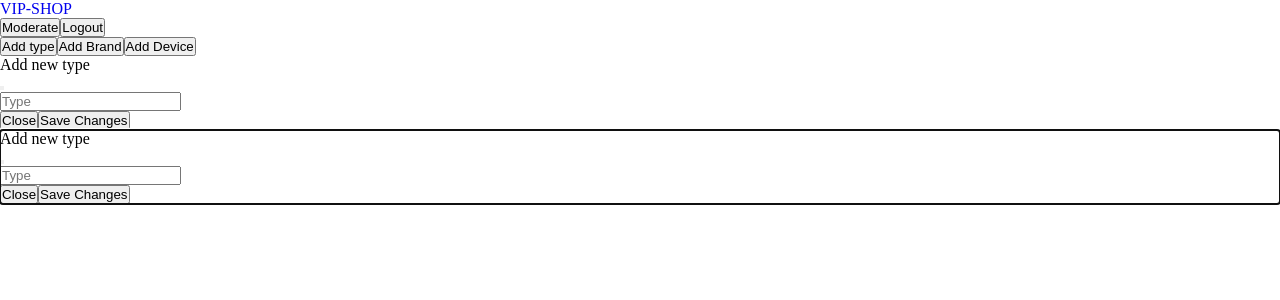
Repository: Mirsmog/VIP-SHOP
Page: /admin (app in client/)
These files come from the project's save history. The page is drawn as it stood at one moment and after the next save; the edit follows.
The browser window is 1280 px wide. The pictures show the whole page.
The project was rebuilt for these pictures with package versions that can differ from the ones it lists, and the page was loaded fresh each time. Also part of the build but not shown: client/vite.config.js, client/src/pages/Auth.jsx, client/src/pages/DevicePage.jsx, client/src/components/TypeBar.jsx, client/src/components/BrandBar.jsx, client/src/components/DeviceItem.jsx, client/src/components/DeviceList.jsx, client/src/pages/Shop.jsx and 1 more.

Above is the page before, as saved 2023-11-04 16:55:44.

### client/src/main.jsx
import React from 'react';
import ReactDOM from 'react-dom/client';
import App from './App.jsx';
import userStore from './store/userStore.js';
import deviceStore from './store/deviceStore.js';
export const Context = React.createContext(null);

ReactDOM.createRoot(document.getElementById('root')).render(
  <React.StrictMode>
    <Context.Provider
      value={{
        user: new userStore(),
        device: new deviceStore(),
      }}
    >
      <App />
    </Context.Provider>
  </React.StrictMode>
);

### client/src/App.jsx
import { BrowserRouter } from 'react-router-dom';
import './App.css';
import AppRouter from './components/AppRouter';
import NavBar from './components/NavBar';

function App() {
  const isAuth = false;
  return (
    <BrowserRouter>
      <NavBar />
      <AppRouter />
    </BrowserRouter>
  );
}

export default App;

### client/src/store/userStore.js
import { makeAutoObservable } from 'mobx';
export default class userStore {
  constructor() {
    this._isAuth = true;
    this._user = {};
    makeAutoObservable(this);
  }
  setIsAuth(bool) {
    this._isAuth = bool;
  }
  setUser(user) {
    this._user = user;
  }
  get isAuth() {
    return this._isAuth;
  }
  get user() {
    return this._user;
  }
}

### client/src/store/deviceStore.js
import { makeAutoObservable } from 'mobx';
export default class deviceStore {
  constructor() {
    this._types = [
      { id: 1, name: 'Phones' },
      { id: 2, name: 'Laptops' },
      { id: 3, name: 'Televisions' },
      { id: 4, name: 'Game Stations' },
      { id: 5, name: 'Computers' },
      { id: 6, name: 'Wash machines' },
    ];
    this._brands = [
      { id: 1, name: 'Xiaomi' },
      { id: 2, name: 'Lenovo' },
      { id: 3, name: 'Apple' },
      { id: 4, name: 'Samsung' },

    ];
    this._selectedType = {};
    this._selectedBrand = {};

    this._devices = [
      {
        id: 1,
        name: 'iphone 12 max pro',
        price: 98000,
        rating: 5,
        img: 'https://www.tradeinn.com/f/13782/137821846/apple-iphone-12-pro-max-6gb-128gb-67-%D0%B4%D1%8E%D0%B9%D0%BC%D0%B0.jpg',
      },
      {
        id: 2,
        name: 'iphone 12 max pro',
        price: 98000,
        rating: 5,
        img: 'https://www.tradeinn.com/f/13782/137821846/apple-iphone-12-pro-max-6gb-128gb-67-%D0%B4%D1%8E%D0%B9%D0%BC%D0%B0.jpg',
      },
      {
        id: 3,
        name: 'iphone 12 max pro',
        price: 98000,
        rating: 5,
        img: 'https://www.tradeinn.com/f/13782/137821846/apple-iphone-12-pro-max-6gb-128gb-67-%D0%B4%D1%8E%D0%B9%D0%BC%D0%B0.jpg',
      },
      {
        id: 4,
        name: 'iphone 12 max pro',
        price: 98000,
        rating: 5,
        img: 'https://www.tradeinn.com/f/13782/137821846/apple-iphone-12-pro-max-6gb-128gb-67-%D0%B4%D1%8E%D0%B9%D0%BC%D0%B0.jpg',
      },{
        id: 5,
        name: 'iphone 12 max pro',
        price: 98000,
        rating: 5,
        img: 'https://www.tradeinn.com/f/13782/137821846/apple-iphone-12-pro-max-6gb-128gb-67-%D0%B4%D1%8E%D0%B9%D0%BC%D0%B0.jpg',
      },{
        id: 6,
        name: 'iphone 12 max pro',
        price: 98000,
        rating: 5,
        img: 'https://www.tradeinn.com/f/13782/137821846/apple-iphone-12-pro-max-6gb-128gb-67-%D0%B4%D1%8E%D0%B9%D0%BC%D0%B0.jpg',
      },{
        id: 7,
        name: 'iphone 12 max pro',
        price: 98000,
        rating: 5,
        img: 'https://www.tradeinn.com/f/13782/137821846/apple-iphone-12-pro-max-6gb-128gb-67-%D0%B4%D1%8E%D0%B9%D0%BC%D0%B0.jpg',
      },{
        id: 8,
        name: 'iphone 12 max pro',
        price: 98000,
        rating: 5,
        img: 'https://www.tradeinn.com/f/13782/137821846/apple-iphone-12-pro-max-6gb-128gb-67-%D0%B4%D1%8E%D0%B9%D0%BC%D0%B0.jpg',
      },
    ];
    makeAutoObservable(this);
  }
  setSelectedType(type) {
    this._selectedType = type;
  }
  setSelectedBrand(brand) {
    this._selectedBrand = brand;
  }
  setTypes(types) {
    this._types = types;
  }
  setBrands(brands) {
    this._brands = brands;
  }
  setDevices(devices) {
    this._devices = devices;
  }

  get types() {
    return this._types;
  }
  get brands() {
    return this._brands;
  }
  get devices() {
    return this._devices;
  }
  get selectedType() {
    return this._selectedType;
  }
  get selectedBrand() {
    return this._selectedBrand;
  }
}

### client/src/App.css
* {
  margin: 0;
  padding: 0;
}



a{
  text-decoration: none;
}

### client/src/components/AppRouter.jsx
import React from 'react';
import { Route, Routes, redirect } from 'react-router-dom';
import { authRoutes, publicRoutes } from '../routes';
import { Context } from '../main';

function AppRouter() {
  const { user } = React.useContext(Context);
  return (
    <Routes>
      {user.isAuth &&
        authRoutes.map(({ path, Component }) => (
          <Route key={path} path={path} element={<Component/>}></Route>
        ))}
      {publicRoutes.map(({ path, Component }) => (
        <Route key={path} path={path} element={<Component />}></Route>
      ))}
    </Routes>
  );
}

export default AppRouter;

### client/src/components/NavBar.jsx
import React from 'react';
import Container from 'react-bootstrap/Container';
import Nav from 'react-bootstrap/Nav';
import Navbar from 'react-bootstrap/Navbar';
import Button from 'react-bootstrap/Button';
import { NavLink, useLocation, useNavigate } from 'react-router-dom';
import { ADMIN_ROUTE, LOGIN_ROUTE, SHOP_ROUTE } from '../utils/consts';
import { observer } from 'mobx-react-lite'; // Or "mobx-react".
import { Context } from '../main';

const NavBar = observer(() => {
  const { user } = React.useContext(Context);
  const navigate = useNavigate();
  return (
    <Navbar bg='dark' data-bs-theme='dark' variant='dark'>
      <Container>
        <NavLink
          className='text-warning text-2xl h3 font-weight-bold '
          to={SHOP_ROUTE}
        >
          VIP-SHOP
        </NavLink>
        {user.isAuth ? (
          <Nav className=' ml-auto gap-2'>
            <Button
              variant={'outline-light'}
              onClick={() => navigate(ADMIN_ROUTE)}
            >
              Moderate
            </Button>
            <Button
              variant={'outline-light'}
              onClick={() => navigate(LOGIN_ROUTE)}
            >
              Logout
            </Button>
          </Nav>
        ) : (
          <Nav className=' ml-auto'>
            <Button variant={'outline-light'} onClick={() => navigate()}>
              Join us
            </Button>
          </Nav>
        )}
      </Container>
    </Navbar>
  );
});

export default NavBar;

### client/src/routes.js
import Admin from './pages/Admin';
import Auth from './pages/Auth';
import DevicePage from './pages/DevicePage';
import Shop from './pages/Shop';
import Basket from './pages/Basket';
import {
  ADMIN_ROUTE,
  BASKET_ROUTE,
  DEVICE_ROUTE,
  LOGIN_ROUTE,
  REGISTRATION_ROUTE,
  SHOP_ROUTE,
} from './utils/consts';

export const authRoutes = [
  {
    path: ADMIN_ROUTE,
    Component: Admin,
  },
  {
    path: BASKET_ROUTE,
    Component: Basket,
  },
];

export const publicRoutes = [
  {
    path: SHOP_ROUTE,
    Component: Shop,
  },
  {
    path: LOGIN_ROUTE,
    Component: Auth,
  },
  {
    path: REGISTRATION_ROUTE,
    Component: Auth,
  },
  {
    path: DEVICE_ROUTE + '/:id',
    Component: DevicePage,
  },
];

### client/src/utils/consts.js
export const ADMIN_ROUTE = '/admin';
export const LOGIN_ROUTE = '/login';
export const REGISTRATION_ROUTE = '/registration';
export const SHOP_ROUTE = '/';
export const BASKET_ROUTE = '/basket';
export const DEVICE_ROUTE = '/device';

### client/src/pages/Admin.jsx
import React from 'react';
import Button from 'react-bootstrap/esm/Button';
import Container from 'react-bootstrap/esm/Container';
import CreateBrand from '../components/modals/CreateBrand';
import CreateType from '../components/modals/CreateType';
import CreateDevice from '../components/modals/CreateDevice';

function Admin() {
  const [brandVisible, setBrandVisible] = React.useState(false);
  const [typeVisible, setTypeVisible] = React.useState(false);
  const [deviceVisible, setDeviceVisible] = React.useState(false);
  return (
    <Container className='d-flex flex-column'>
      <Button
        onClick={() => setTypeVisible(true)}
        variant='outline-dark'
        className='mt-4 p-2'
      >
        Add type
      </Button>
      <Button
        onClick={() => setBrandVisible(true)}
        variant='outline-dark'
        className='mt-4 p-2'
      >
        Add Brand
      </Button>
      <Button
        onClick={() => setDeviceVisible(true)}
        variant='outline-dark'
        className='mt-4 p-2'
      >
        Add Device
      </Button>
      <CreateBrand show={brandVisible} onHide={() => setBrandVisible(false)} />
      <CreateType show={typeVisible} onHide={() => setTypeVisible(false)} />
      <CreateDevice
        show={deviceVisible}
        onHide={() => setDeviceVisible(false)}
      />
    </Container>
  );
}

export default Admin;

### client/src/components/modals/CreateBrand.jsx
import React from 'react';
import Modal from 'react-bootstrap/esm/Modal';
import Form from 'react-bootstrap/esm/Form';
import Button from 'react-bootstrap/esm/Button';

const CreateBrand = (show, onHide) => {
  return (
    <Modal show={show} onHide={onHide}>
      <Modal.Header closeButton>
        <Modal.Title>Add new type</Modal.Title>
      </Modal.Header>
      <Modal.Body>
        <Form>
          <Form.Control placeholder='Type' />
        </Form>
      </Modal.Body>
      <Modal.Footer>
        <Button variant='secondary' onClick={onHide}>
          Close
        </Button>
        <Button variant='primary' onClick={onHide}>
          Save Changes
        </Button>
      </Modal.Footer>
    </Modal>
  );
};

export default CreateBrand;

### client/src/components/modals/CreateType.jsx
import React from 'react';
import Modal from 'react-bootstrap/esm/Modal';
import Form from 'react-bootstrap/esm/Form';
import Button from 'react-bootstrap/esm/Button';

const CreateType = ({ show, onHide }) => {
  return (
    <Modal show={show} onHide={onHide}>
      <Modal.Header closeButton>
        <Modal.Title>Add new type</Modal.Title>
      </Modal.Header>
      <Modal.Body>
        <Form>
          <Form.Control placeholder='Type'/>
        </Form>
      </Modal.Body>
      <Modal.Footer>
        <Button variant='secondary' onClick={onHide}>
          Close
        </Button>
        <Button variant='primary' onClick={onHide}>
          Save Changes
        </Button>
      </Modal.Footer>
    </Modal>
  );
};

export default CreateType;

### client/src/components/modals/CreateDevice.jsx
import React from 'react';
import Modal from 'react-bootstrap/esm/Modal';
import Form from 'react-bootstrap/esm/Form';
import Button from 'react-bootstrap/esm/Button';

const CreateDevice = (show, onHide) => {
  return (
    <Modal show={show} onHide={onHide}>
      <Modal.Header closeButton>
        <Modal.Title>Add new type</Modal.Title>
      </Modal.Header>
      <Modal.Body>
        <Form>
          <Form.Control placeholder='Type' />
        </Form>
      </Modal.Body>
      <Modal.Footer>
        <Button variant='secondary' onClick={onHide}>
          Close
        </Button>
        <Button variant='primary' onClick={onHide}>
          Save Changes
        </Button>
      </Modal.Footer>
    </Modal>
  );
};

export default CreateDevice;

After the next save:
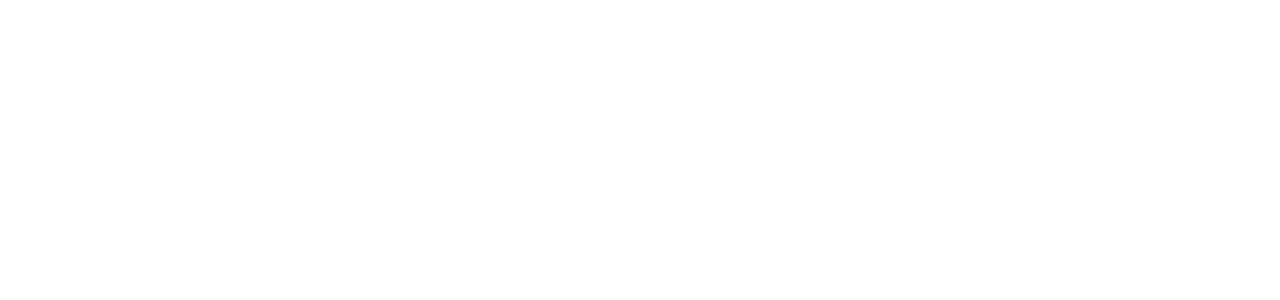
Console error (its wording comes from the project's code and is left out).
Saved 108 s later.
--- a/client/src/pages/Admin.jsx
+++ b/client/src/pages/Admin.jsx
@@ -32,12 +32,9 @@
       >
         Add Device
       </Button>
-      <CreateBrand show={brandVisible} onHide={() => setBrandVisible(false)} />
-      <CreateType show={typeVisible} onHide={() => setTypeVisible(false)} />
-      <CreateDevice
-        show={deviceVisible}
-        onHide={() => setDeviceVisible(false)}
-      />
+      <CreateBrand show={brandVisible} onHide={setBrandVisible(false)} />
+      <CreateType show={typeVisible} onHide={setTypeVisible(false)} />
+      <CreateDevice show={deviceVisible} onHide={setDeviceVisible(false)} />
     </Container>
   );
 }

After the save that followed:
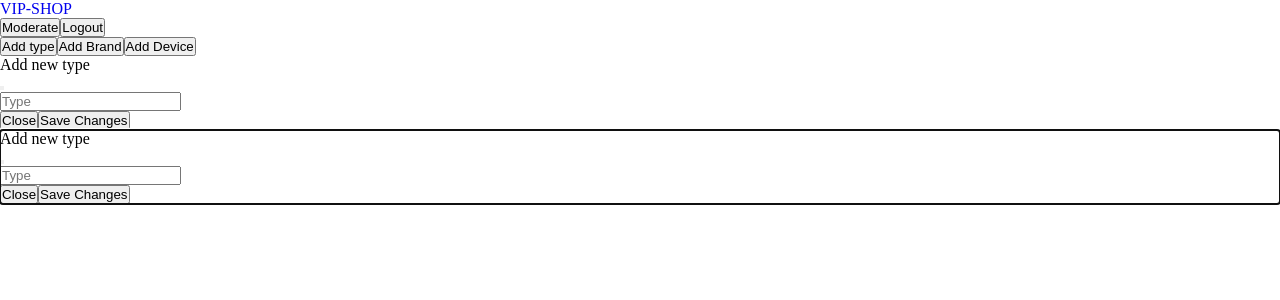
The error is gone.
Saved 9 s later.
--- a/client/src/pages/Admin.jsx
+++ b/client/src/pages/Admin.jsx
@@ -25,16 +25,15 @@
       >
         Add Brand
       </Button>
-      <Button
-        onClick={() => setDeviceVisible(true)}
-        variant='outline-dark'
-        className='mt-4 p-2'
-      >
+      <Button onClick={() => true} variant='outline-dark' className='mt-4 p-2'>
         Add Device
       </Button>
-      <CreateBrand show={brandVisible} onHide={setBrandVisible(false)} />
-      <CreateType show={typeVisible} onHide={setTypeVisible(false)} />
-      <CreateDevice show={deviceVisible} onHide={setDeviceVisible(false)} />
+      <CreateBrand show={brandVisible} onHide={() => setBrandVisible(false)} />
+      <CreateType show={typeVisible} onHide={() => setTypeVisible(false)} />
+      <CreateDevice
+        show={deviceVisible}
+        onHide={() => setDeviceVisible(false)}
+      />
     </Container>
   );
 }
